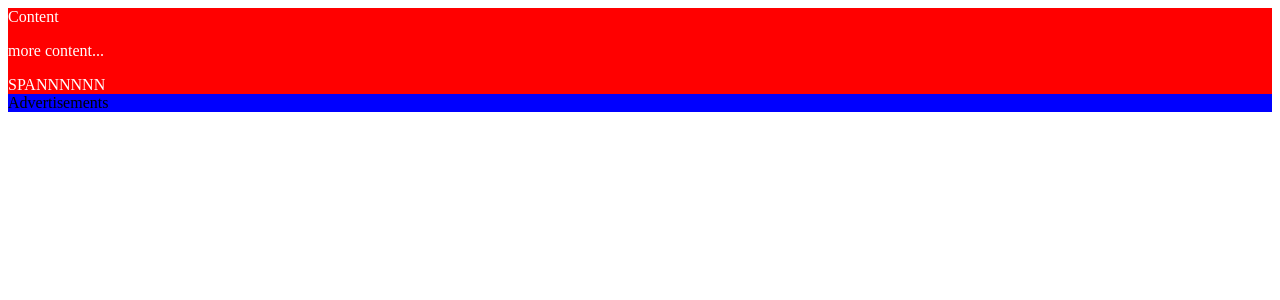
Repository: Peacepapi/1702Java
Page: web/src/main/webapp/divisions.html
These files come from the project's save history. The page is drawn as it stood at one moment and after the next save; the edit follows.
The browser window is 1280 px wide. The pictures show the whole page.

Above is the page before, as saved 2017-02-24 15:06:48.

After the next save:
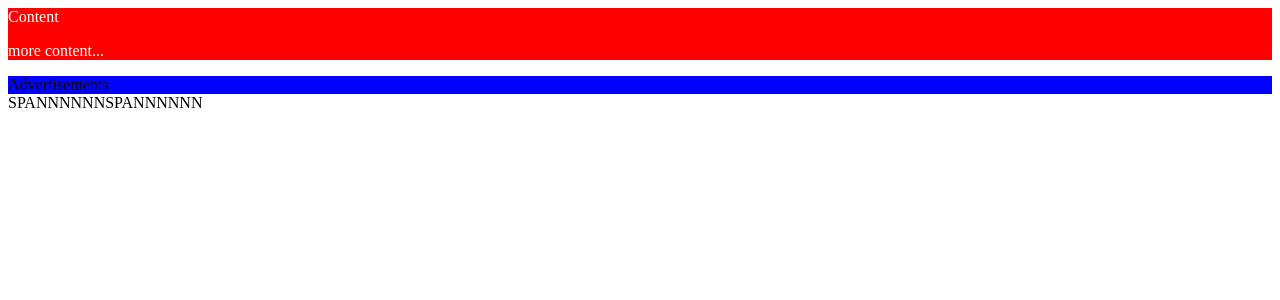
Saved 6 s later.
--- a/web/src/main/webapp/divisions.html
+++ b/web/src/main/webapp/divisions.html
@@ -16,10 +16,10 @@
 <body>
 
 <div id="a">Content
-	<p>more content... </p><span>SPANNNNNN</span>
+	<p>more content... </p>
 </div>
 
 <div id="b">Advertisements</div>
-
+<span>SPANNNNNN</span><span>SPANNNNNN</span>
 </body>
 </html>
